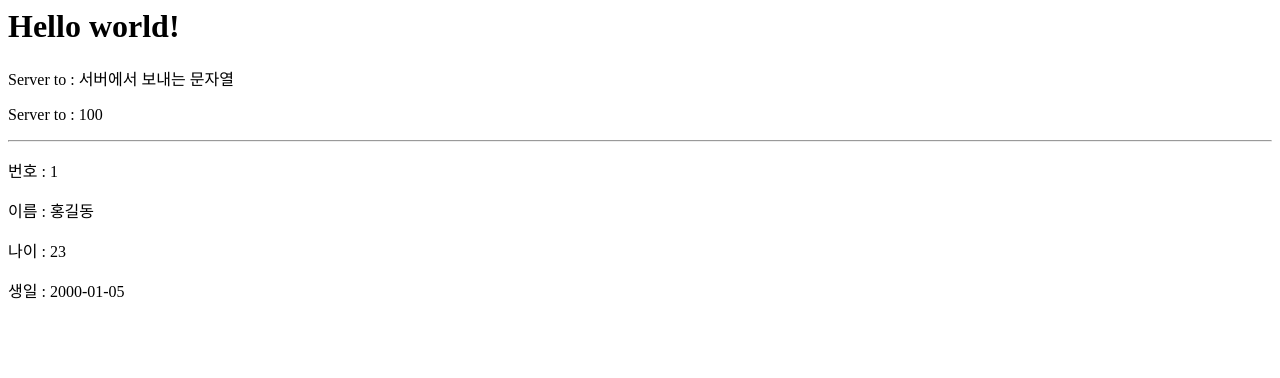
Repository: Nyaguri/sts3
Page: http://localhost/spring-jsp01/
The author's editor kept a copy of each file at every save. The page is drawn from the files as they stood at one save, then again after the next save.
The browser window is 1280 px wide. The pictures show the whole page.
The page is served by Tomcat 9. Other server files are loaded and not shown.

Above is the page before, as saved 2024-02-02 05:18:57.

### spring-jsp01/src/main/webapp/WEB-INF/views/home.jsp
<%@ page language="java" contentType="text/html; charset=UTF-8"
    pageEncoding="UTF-8"%>
<%@ taglib uri="http://java.sun.com/jsp/jstl/core" prefix="c" %>
<%@ page session="false" %>
<html>
<head>
	<title>Home</title>
</head>
<body>
<h1>
	Hello world!
</h1>

<P> Server to : ${data} </P>
<P> Server to : ${num} </P>
<hr>
<p> 번호 : ${person1.code}</p>
<p> 이름 : ${person1.strData}</p>
<p> 나이 : ${person1.numData}</p>
<p> 생일 : ${person1.dateData}</p>
</body>
</html>

### spring-jsp01/src/main/java/com/icia/jsp/dto/DataDto.java
package com.icia.jsp.dto;

import lombok.Getter;
import lombok.Setter;

@Getter
@Setter
public class DataDto {
	private int code; // 데이터 번호
	private String strData; //
	private int numData;
	private String dateData;

}

After the next save:
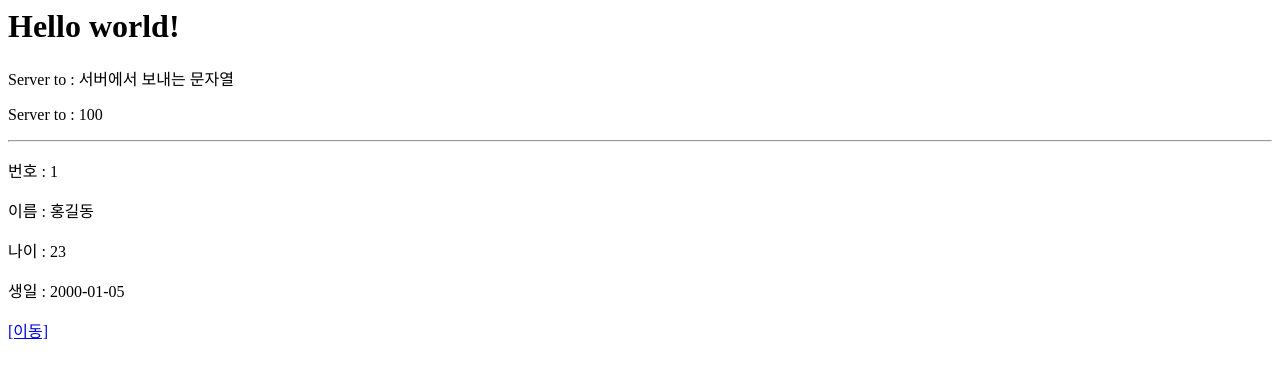
Saved 6 min 36 s later.
--- a/spring-jsp01/src/main/webapp/WEB-INF/views/home.jsp
+++ b/spring-jsp01/src/main/webapp/WEB-INF/views/home.jsp
@@ -18,5 +18,7 @@
 <p> 이름 : ${person1.strData}</p>
 <p> 나이 : ${person1.numData}</p>
 <p> 생일 : ${person1.dateData}</p>
+
+<a href="mavCase">[이동]</a>
 </body>
 </html>
